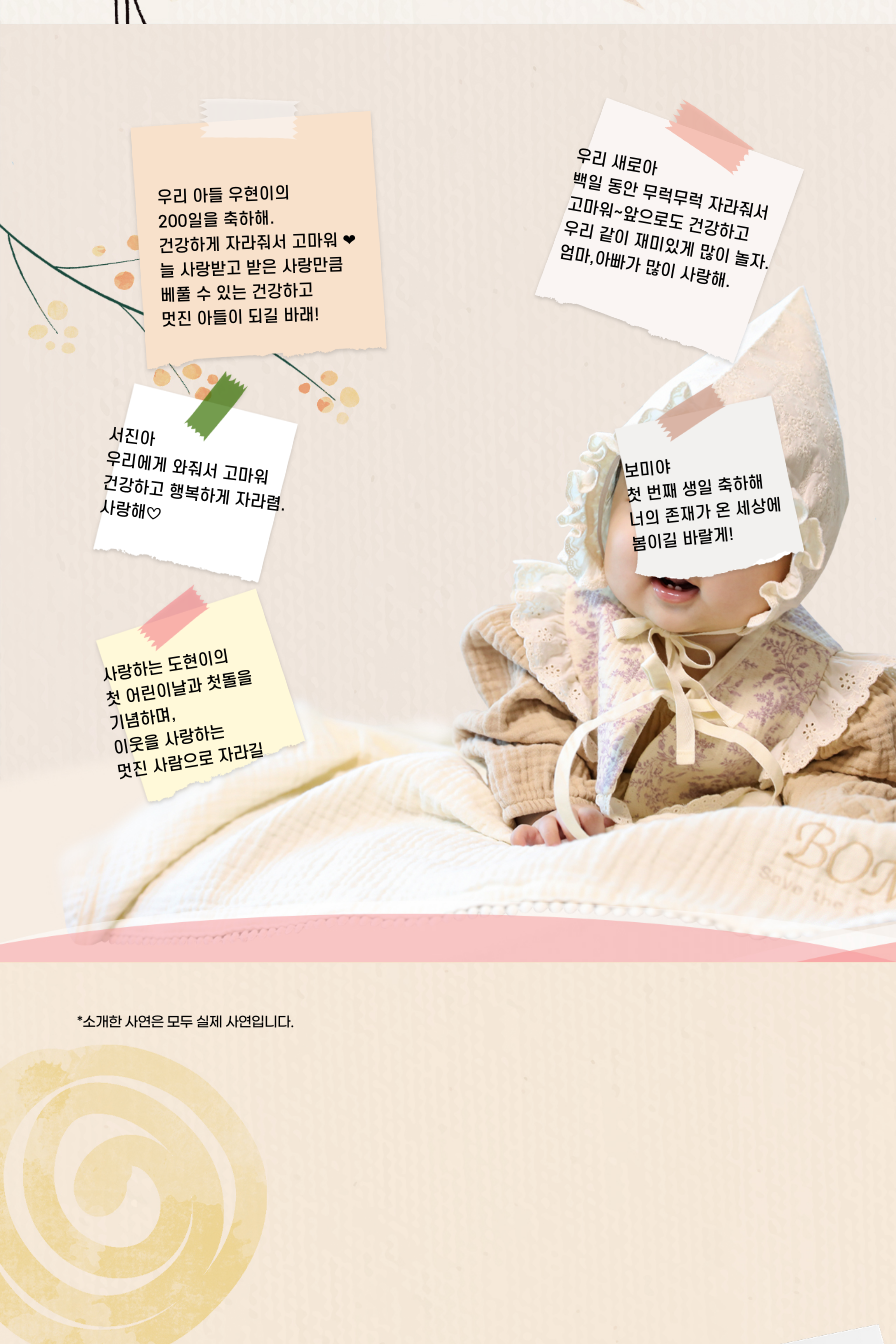
Repository: dlgywls1130/save_the_children
Page: index.html
These files come from the project's save history. The page is drawn as it stood at one moment and after the next save; the edit follows.
The browser window is 1280 px wide. The pictures show the part of the page from y = 1046 to 2966 px (the page is 4840 px tall), at 70% of full size.

Above is the page before, as saved 2023-12-12 22:22:00.

### index.html
<!DOCTYPE html>
<html lang="en">
<head>
    <meta charset="UTF-8">
    <meta name="viewport" content="width=device-width, initial-scale=1.0">
    <title>세이브더칠드런</title>

    <link rel="stylesheet" href="./css/reset.css">
    <link rel="stylesheet" href="./css/style.css">
</head>
<body>
    <div class="content_body">
        <section class="section_wrapper section01">
            <div class="se01 se_wrapper">
                <div class="se01_sub">
                    <div class="sub_logo">
                        <img src="./img/logo01.png" alt="logo">
                    </div>
                    <p>우리 아기 좋은 날 기부</p>
                </div>
                <p class="seo01_title">
                    아가야,
                </p>
                <p class="seo01_title_two">
                    너의 <span>탄생</span> 순간을 축하해!
                </p>
                <p class="section_descript mb-45">
                    처음 아기의 심장 소리를 들었던 순간,
                    <br>여린 아가의 성장이 실감나던 배냇짓,
                    <br>기적 같았던 백일,
                    <br>그리고 아이의 첫 생일인 첫돌...
                </p>
                <p class="section_descript">
                    아이의 건강과 행복을 바라는 마음을 담아,
                    <br>내 아이의 소중한 순간을 기부로 기념해보세요.
                    <br>함께 자라나는 다른 아이들에게도 큰 축복이 됩니다.
                </p>

                <a class="donation_link" href="javascript:void(0)">우리 아기 좋은 날 기부</a>
            </div>
        </section>
        <section class="section_wrapper section02">
            <div class="se02 se_wrapper">
                <div class="postit_wrapper">
                    <div class="postit postit01">
                        우리 아들 우현이의<br>
                        200일을 축하해.<br>
                        건강하게 자라줘서 고마워 ❤<br>
                        늘 사랑받고 받은 사랑만큼<br>
                        베풀 수 있는 건강하고<br>
                        멋진 아들이 되길 바래!
                    </div>
                    <div class="postit postit02">
                        우리 새로아<Br>
                        백일 동안 무럭무럭 자라줘서<Br>
                        고마워~앞으로도 건강하고<Br>
                        우리 같이 재미있게 많이 놀자.<Br>
                        엄마,아빠가 많이 사랑해.
                    </div>
                    <div class="postit postit03">
                        서진아<br>
                        우리에게 와줘서 고마워<br>
                        건강하고 행복하게 자라렴.<br>
                        사랑해♡
                    </div>
                    <div class="postit postit04">
                        보미야<br>
                        첫 번째 생일 축하해<br>
                        너의 존재가 온 세상에<br>
                        봄이길 바랄게!
                    </div>
                    <div class="postit postit05">
                        사랑하는 도현이의<br>
                        첫 어린이날과 첫돌을<br>
                        기념하며, <br>
                        이웃을 사랑하는<br>
                        멋진 사람으로 자라길

                    </div>
                </div>
                <p class="ex_text">*소개한 사연은 모두 실제 사연입니다.</p>

            </div>
        </section>
        <section class="section_wrapper section03">

        </section>
        <section class="section_wrapper section04">

        </section>
        <section class="section_wrapper section05">

        </section>
        <section class="section_wrapper section06">

        </section>
        <section class="section_wrapper section07">

        </section>
        <section class="section_wrapper section08">

        </section>
    </div>
</body>
</html>

### css/reset.css


html, body, div, span, applet, object, iframe,
h1, h2, h3, h4, h5, h6, p, blockquote, pre,
a, abbr, acronym, address, big, cite, code,
del, dfn, em, img, ins, kbd, q, s, samp,
small, strike, strong, sub, sup, tt, var,
b, u, i, center,
dl, dt, dd, ol, ul, li,
fieldset, form, label, legend,
table, caption, tbody, tfoot, thead, tr, th, td,
article, aside, canvas, details, embed,
figure, figcaption, footer, header, hgroup,
menu, nav, output, ruby, section, summary,
time, mark, audio, video {
	margin: 0;
	padding: 0;
	border: 0;
	font-size: 100%;
	font: inherit;
	vertical-align: baseline;
}

article, aside, details, figcaption, figure,
footer, header, hgroup, menu, nav, section {
	display: block;
}
body {
	line-height: 1;
}
ol, ul {
	list-style: none;
}
blockquote, q {
	quotes: none;
}
blockquote:before, blockquote:after,
q:before, q:after {
	content: '';
	content: none;
}
table {
	border-collapse: collapse;
	border-spacing: 0;
}

### css/style.css

/* root */
:root{
    --main-color:#B17A60;
    --pink-color:#F79497;
}


/* font */

/* dongle */
@font-face {
    font-family: 'Dongle';
    font-weight: 300;
    src: url('../font/Dongle-Light.ttf') format('ttf'),
    url('../font/Dongle-Light.woff') format('woff');
}

@font-face {
    font-family: 'Dongle';
    font-weight: 500;
    src: url('../font/Dongle-Regular.ttf') format('ttf'),
    url('../font/Dongle-Regular.woff') format('woff');
}

@font-face {
    font-family: 'Dongle';
    font-weight: 700;
    src: url('../font/Dongle-Bold.ttf') format('ttf'),
    url('../font/Dongle-Bold.woff') format('woff');
}


/* Gmarket */
@font-face {
    font-family: 'GmarketSans';
    font-weight: 300;
    src: url('../font/GmarketSansLight.ttf') format('ttf'),
    url('../font/GmarketSansLight.woff') format('woff');
}

@font-face {
    font-family: 'GmarketSans';
    font-weight: 500;
    src: url('../font/GmarketSansMedium.ttf') format('ttf'),
    url('../font/GmarketSansMedium.woff') format('woff');
}

@font-face {
    font-family: 'GmarketSans';
    font-weight: 700;
    src: url('../font/GmarketSansBold.ttf') format('ttf'),
    url('../font/GmarketSansBold.woff') format('woff');
}


/* nanumsqure */

@font-face {
    font-family: 'NanumSquare';
    font-weight: 400;
    src: url('../font/NanumSquareL.ttf') format('ttf'),
    url('../font/NanumSquareL.woff') format('woff');
}

@font-face {
    font-family: 'NanumSquare';
    font-weight: 500;
    src: url('../font/NanumSquareR.ttf') format('ttf'),
    url('../font/NanumSquareR.woff') format('woff');
}

@font-face {
    font-family: 'NanumSquare';
    font-weight: 600;
    src: url('../font/NanumSquareB.ttf') format('ttf'),
    url('../font/NanumSquareB.woff') format('woff');
}

@font-face {
    font-family: 'NanumSquare';
    font-weight: 700;
    src: url('../font/NanumSquareEB.ttf') format('ttf'),
    url('../font/NanumSquareEB.woff') format('woff');
}



/* scdream5 */
@font-face {
    font-family: 'SCDream5';
    src: url('../font/SCDream5.woff') format('woff'),
    url('../font/SCDream5.ttf') format('ttf'),
    url('../font/SCDream5.otf') format('otf');
}


.section_wrapper{
    max-width:1920px;
    width: 100%;

}

.se_wrapper{
    max-width: 1060px;
    margin: 0 auto;
    width: 100%;
    position: relative;
}


/* common */
.mb-45{margin-bottom: 45px;}

/* section01 */


.section01{
    background: url('../img/back01.jpg') no-repeat;
    height: 1080px;

}

.se01{
    padding: 230px 0 70px;

}
.se01_sub{

    display: flex;
    align-items: center;
    margin-bottom: 30px;
}

.sub_logo{
    width: 198px;
    height: 65px;
    margin-right: 15px;
}

.sub_logo img{
    width: 100%;
    height: 100%;
    object-fit: contain;
}

.se01_sub p{
    width: 302px;
    height: 52px;
    background: #B17A60;
    border-radius: 20px;
    display: flex;
    align-items: center;
    justify-content: center;
    letter-spacing: -0.03em;
    font-size: 25px;
    font-weight: 700;
    font-family: 'GmarketSans',sans-serif;
    color: #fff;
}

.seo01_title{
    font-family: 'Dongle',sans-serif;
    font-weight: 500;
    font-size: 150px;
    color: var(--main-color);
    letter-spacing: -0.03em;
}

.seo01_title_two{
    font-family: 'Dongle',sans-serif;
    font-weight: 500;
    font-size: 120px;
    color: var(--main-color);
    letter-spacing: -0.03em;
    margin-top: -4%;
    margin-bottom: 50px;
}

.section_descript{
    font-size: 25px;
    line-height: 35px;
    font-family: 'GmarketSans';
    font-weight: 500;
    letter-spacing: -0.03em;
    color: #000;
}

.donation_link{
    width: 560px;
    height: 75px;
    border-radius: 100px;
    display: flex;
    align-items: center;
    justify-content: center;
    background: var(--pink-color);
    color: #fff;
    font-family: 'GmarketSans';
    font-size: 35px;
    font-weight: 700;
    letter-spacing: -0.03em;
    text-decoration: none;
    margin: 45px auto 0;
}
/* section02 */

.section02{
    height: 1340px;
    background: url('../img/back03.jpg') no-repeat;
}

.se02{
    padding: 76px 0 96px;
    height: 100%;
}
.postit_wrapper{
    width: 100%;
    position: relative;
    height: 100%;
}

.ex_text{
    font-family: 'GmarketSans';
    font-size: 20px;
    font-weight: 500;
    letter-spacing: -0.03em;
}

.postit{
    font-family: 'SCDream5';
    font-size: 23px;
    line-height: 35px;
    position: absolute;
}

.postit01{
    background:url('../img/post04.png') no-repeat;
    width: 438px;
    height: 438px;
    background-size: contain;
    padding: 150px 76px 99px;
    box-sizing: border-box;
    left: 40px;
    top: 0;
    transform: rotate(358deg);
}

.postit02{
    background:url('../img/post05.png') no-repeat;
    width: 416px;
    height: 416px;
    background-size: contain;
    padding: 120px 55px 99px;
    box-sizing: border-box;
    top: 0;
    right: 0;
    transform: rotate(10deg);
}

.postit03{
    background:url('../img/post02.png') no-repeat;
    width: 350px;
    height: 350px;
    background-size: contain;
    padding: 120px 40px 60px;
    box-sizing: border-box;
    left: 0;
    top: 29%;
    transform: rotate(7deg);
    z-index: 1;
}

.postit04{
    background:url('../img/post03.png') no-repeat;
    width: 332px;
    height: 332px;
    background-size: contain;
    padding: 120px 56px 60px;
    box-sizing: border-box;
    top: 31%;
    right: 0;
    transform: rotate(354deg);
}

.postit05{
    background:url('../img/post01.png') no-repeat;
    width: 350px;
    height: 350px;
    background-size: contain;
    padding: 120px 40px 60px;
    box-sizing: border-box;
    top: 52%;
    left: 0;
    transform: rotate(-9deg);
}
/* section03 */

.section03{
    height: 1340px;
    background: url('../img/back04.jpg') no-repeat;
}

/* section04 */

.section04{
    height: 1080px;

}

/* section05 */

/* section06 */

/* section07 */

/* section08 */

After the next save:
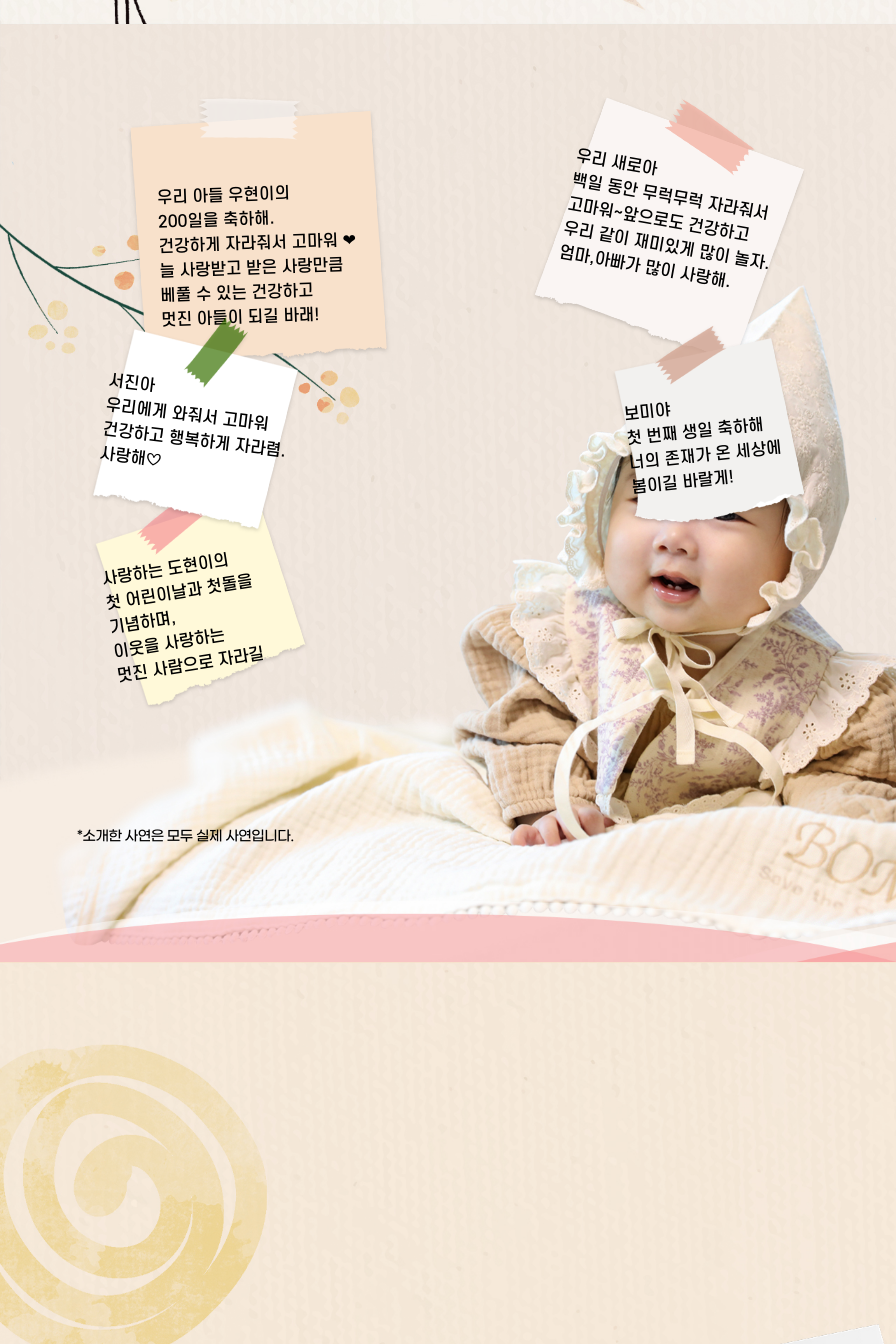
Saved 119 s later.
--- a/css/style.css
+++ b/css/style.css
@@ -216,7 +216,7 @@
 .postit_wrapper{
     width: 100%;
     position: relative;
-    height: 100%;
+    height: 1075px;
 }
 
 .ex_text{
